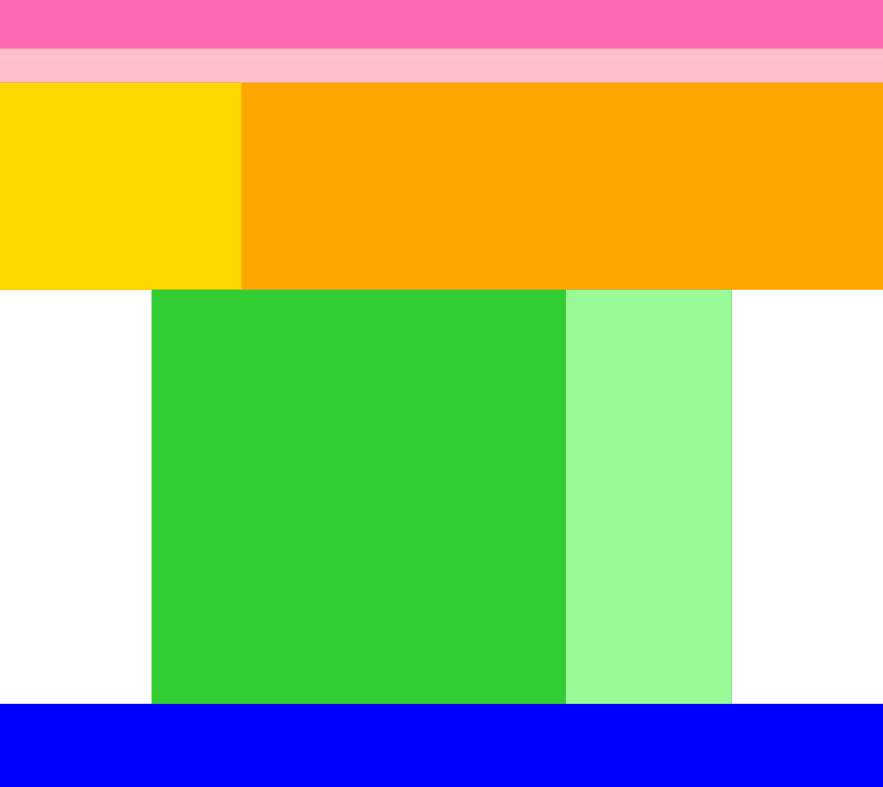
Repository: mitoma99/task4
Page: caravan/index.html
The author's editor kept a record of every edit. The page is drawn from the files as they stood at one moment, then again after the next edit.
The browser window is 1280 px wide. The pictures show the whole page, at 69% of full size.

Above is the page before.

### caravan/index.html
<!DOCTYPE html>
<html lang="ja">
  <head>
    <meta charset="UTF-8" />
    <!-- CSSファイルの読み込み -->
    <link rel="stylesheet" href="style.css" />
    <title>CARAVAN</title>
  </head>

  <body>
    <!--header用のdiv-->
    <div class="header">
      <div class="header-top"></div>
      <div class="header-bottom"></div>
    </div>

    <!--main-visual用のdiv-->
    <div class="main-visual">
      <div class="main-visual-content"></div>
    </div>

    <!--main用のdiv-->
    <div class="main">
      <div class="biog"></div>
      <div class="sidebar"></div>
    </div>

    <!--footer用のdiv-->
    <div class="footer"></div>
  </body>
</html>

### caravan/style.css
/* ブラウザがそれぞれ持っているCSSをリセットするための記述 */
* {
  margin: 0;
  padding: 0;
  box-sizing: border-box;
}

.header{
  width:100%;/*横幅いっぱい*/
  height:120px;/*高さ120px*/
  background-color:red;/*背景色red*/
}

.header-top{
  width:100%;
  height:70px;
  background-color:hotpink;
}

.header-bottom{
  width:100%;
  height:50px;
  background-color:pink;
}

.main-visual{
  width:100%;/*横幅いっぱい*/
  height:300px;/*高さ300px*/
  background-color:orange;/*背景色orenge*/
}

.main-visual-content{
  width:350px;
  height:300px;
  background-color:gold;
}

.main{
  width:840px;
  background-color:green;
  display:flex;
  justify-content:center;
  margin:0 auto;
}

.biog{
  width:600px;
  height:600px;
  background-color:limegreen;
}

.sidebar{
  width:240px;
  height:600px;
  background-color:palegreen;
}
.footer{
  width:100%;
  height:120px;
  background-color:blue;
}

After the next edit:
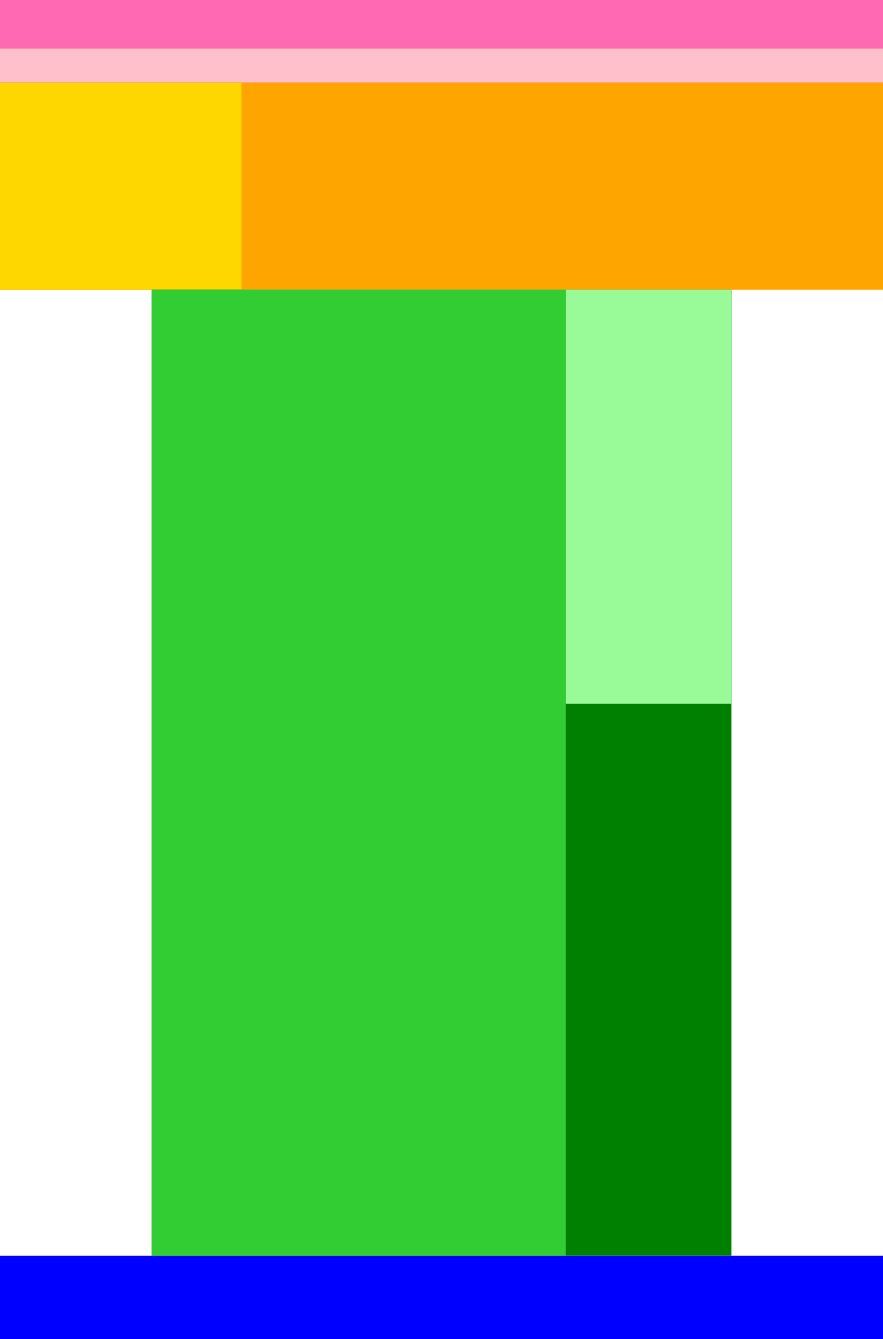
The edit:
--- a/caravan/style.css
+++ b/caravan/style.css
@@ -45,7 +45,7 @@
 
 .biog{
   width:600px;
-  height:600px;
+  height:1400px;
   background-color:limegreen;
 }
 
